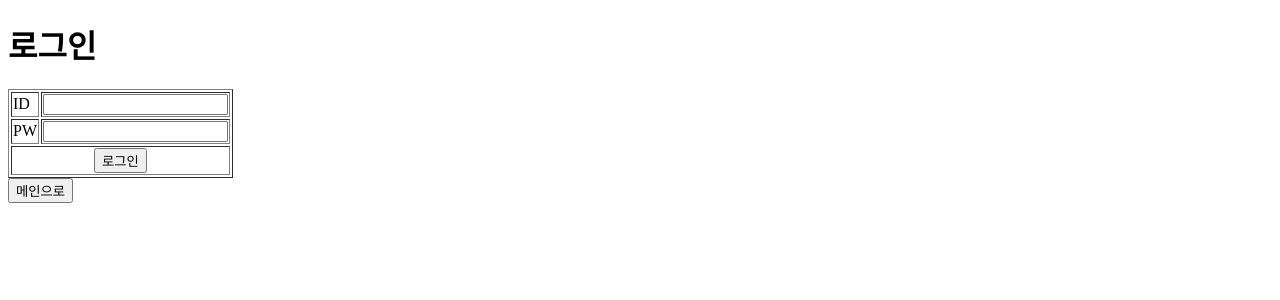
Repository: pyeonm30/PYMjspWorkspace
Page: http://localhost/basicJSP/05_member_login/03_21loginForm.jsp
These files come from the project's save history. The page is drawn as it stood at one moment and after the next save; the edit follows.
The browser window is 1280 px wide. The pictures show the whole page.
The page is served by Tomcat 9. The session is filled in as if someone had signed in: {"log": 1}.

Above is the page before, as saved 2024-01-31 01:05:42.

After the next save:
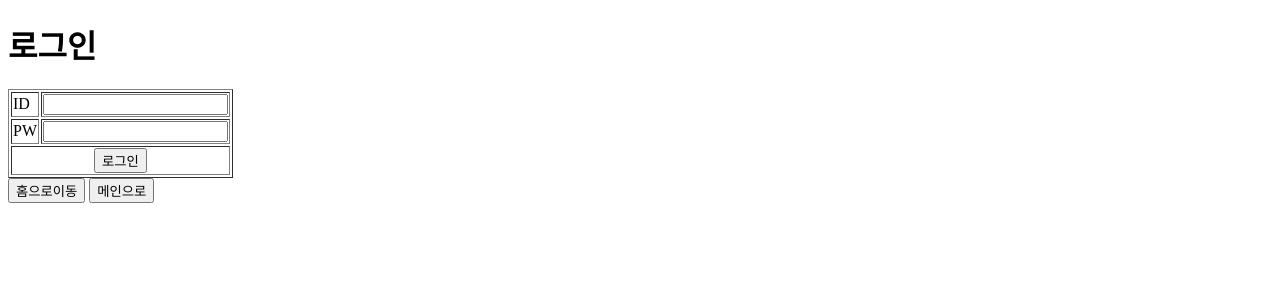
Console error (its wording comes from the project's code and is left out).
Saved 66 s later.
--- a/basicJSP/src/main/webapp/05_member_login/03_21loginForm.jsp
+++ b/basicJSP/src/main/webapp/05_member_login/03_21loginForm.jsp
@@ -19,7 +19,7 @@
 		<tr><td> PW </td><td><input type="text" name="pw"></td></tr>
 		<tr><td colspan = "2" align="center" id="submit"><input type="submit" value="로그인"></td></tr>
 	</table>
-
+	<button onclick="02_main.jsp"> 홈으로이동</button>
 	<input type="button" value="메인으로" id="btn" onclick="location.href='02_main.jsp'" />
 
 </form>
